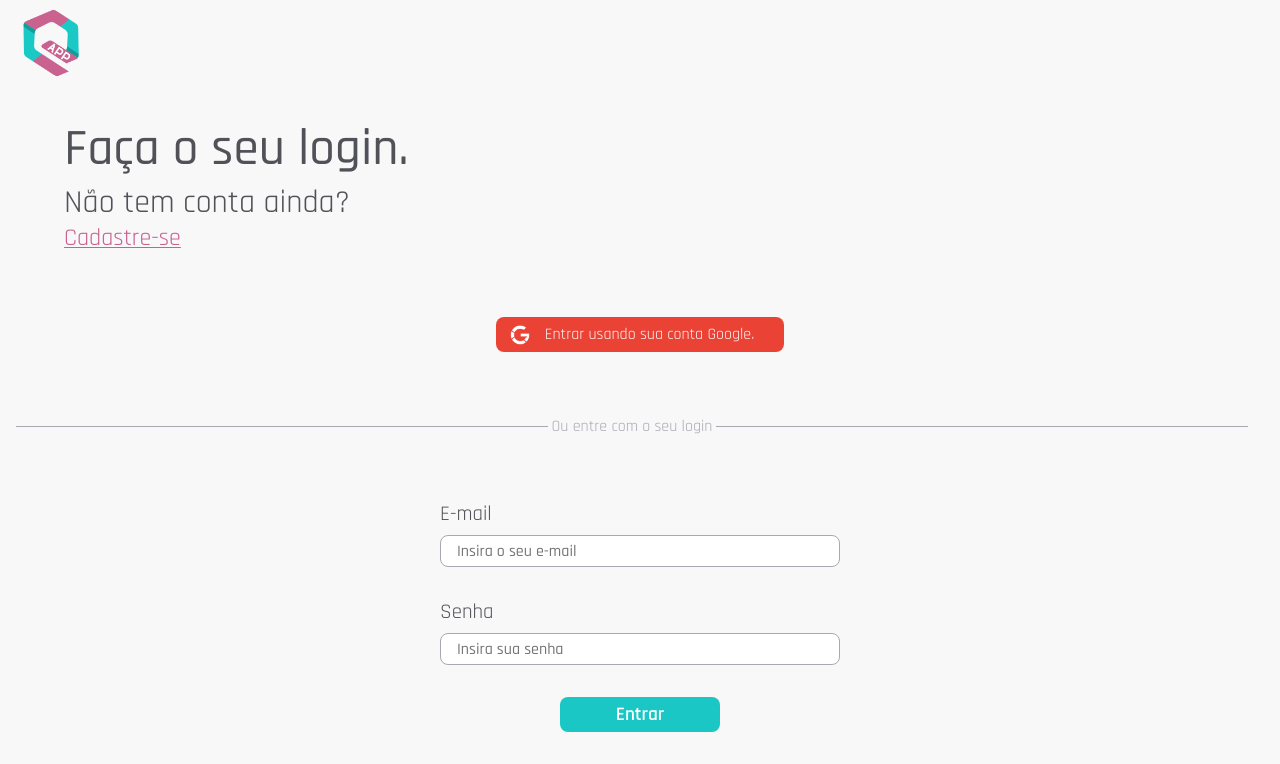
Repository: kika-cavalher/qapp-web
Page: /
The author's editor kept a copy of each file at every save. The page is drawn from the files as they stood at one save, then again after the next save.
The browser window is 1280 px wide. The pictures show the whole page.
The page's requests for data from a server got no answer. The project was rebuilt for these pictures with package versions that can differ from the ones it lists, and the page was loaded fresh each time. No one was signed in, and anything a server would have sent is missing. Also part of the build but not shown: src/pages/Register.tsx.

Above is the page before, as saved 2022-02-28 14:33:35.

### public/index.html
<!DOCTYPE html>
<html lang="pt-br">
  <head>
    <meta charset="utf-8" />
    <meta name="viewport" content="width=device-width, initial-scale=1" />

    <link rel="preconnect" href="https://fonts.googleapis.com">
    <link rel="preconnect" href="https://fonts.gstatic.com" crossorigin>
    <link href="https://fonts.googleapis.com/css2?family=Rajdhani:wght@300;400;500;600;700&display=swap" rel="stylesheet">

    <title>QApp</title>
  </head>
  <body>
    <noscript>You need to enable JavaScript to run this app.</noscript>
    <div id="root"></div>
  </body>
</html>

### src/index.tsx
import React from 'react';
import ReactDOM from 'react-dom';
import App from './App';

import './styles/global/styles.scss';
import './services/firebase'


ReactDOM.render(
  <React.StrictMode>
    <App />
  </React.StrictMode>,
  document.getElementById('root')
);

### src/App.tsx
import { BrowserRouter, Routes, Route } from "react-router-dom";

import { LoginPage } from "./pages/Login";
import { RegisterPage } from "./pages/Register";

function App() {
  return (
    <BrowserRouter>
      <Routes>
        <Route path="/" element={<LoginPage />} />
        <Route path="register" element={<RegisterPage  />} />
      </Routes>
    </BrowserRouter>
  );
}

export default App;

### src/styles/global/styles.scss
@import 'variables.scss';

* {
    box-sizing: border-box;
    margin: 0;
    padding: 0;
  }

  body {
    background: $white-offwhite;
    color: $dark-grey;
  }

  body, input, button, textarea {
    font: 400 16px 'Rajdhani', sans-serif;
  }

### src/services/firebase.ts
import { initializeApp } from "firebase/app";
import { getAuth } from "firebase/auth";
import { getFirestore } from 'firebase/firestore/lite';


const firebaseConfig = {
    apiKey: process.env.REACT_APP_API_KEY,
    authDomain: process.env.REACT_APP_AUTH_DOMAIN,
    databaseURL: process.env.REACT_APP_DATABASE_URL,
    projectId: process.env.REACT_APP_PROJECT_ID,
    storageBucket: process.env.REACT_APP_STORAGE_BUCKET,
    messagingSenderId: process.env.REACT_APP_MESSAGING_SENDER_ID,
    appId: process.env.REACT_APP_APP_ID
  };

const app = initializeApp(firebaseConfig);

export const auth = getAuth();
export const db = getFirestore(app);

### src/pages/Login.tsx
import { Link } from 'react-router-dom'
import { useNavigate } from 'react-router-dom';

import imgLogin from '../assets/images/imgLogin.jpg';
import logoQapp from '../assets/images/logoQapp.png';
import googleIconImg from '../assets/icon/googleIconImg.png';

import '../styles/pages/login.scss'

import { Button } from '../components/Button';

export function LoginPage() {
    const history = useNavigate();

    function navigateToHome(e: { preventDefault: () => void; }) {
        e.preventDefault();
        history('/');
    }

    return (
        <div id="page-login">
            <main>
                <div className='page-login--main__container'>
                    <div className='page-login--main__logo'>
                        <img onClick={navigateToHome} id="img-logo" src={logoQapp} alt="Logo da empresa QApp" />
                    </div>
                    <div className='page-login--main__title'>
                        <h1>Faça o seu login.</h1>
                        <h2>Não tem conta ainda? </h2>
                        <Link to='/register' className='page-login--main__link-register'>
                        Cadastre-se
                        </Link>
                        {/* <Link to="/">Cadastre-se</Link> */}
                    </div>
                    <div className='page-login--main__google'>
                        <button className='btn__google'>
                            <img id="img-icon__google" src={googleIconImg} alt="Logo da empresa QApp" />
                            <p>Entrar usando sua conta Google.</p>
                        </button>
                    </div>
                    <div className='page-login--main__divider'>
                        <div>Ou entre com o seu login</div>
                    </div>
                    <div className='page-login--main__login-forms'>
                        <form>
                            <div className='page-login--login-forms__name'>
                                <p>E-mail</p>
                                <input type="text" placeholder="Insira o seu e-mail"/>
                            </div>
                            <div className='page-login--login-forms__password'>
                                <p>Senha</p>
                                <input type="text" placeholder="Insira sua senha"/>
                            </div>
                            <div className='btn__send'>
                                <Button type="submit">Entrar</Button>
                            </div>
                        </form>
                    </div>
                </div>

                <div className='page-login--main__img'>
                    <img src={imgLogin} alt="Imagem decorativa na pagina" />
                </div>
            </main>
        </div>
    )
}

### src/styles/global/variables.scss
//colors
$white: #fff;
$white-offwhite: #f8f8f8;
$grey_border: #a8a8b3;
$dark-grey: #515158;

$turquoise: #1ac7c5;
$dark-greenish: #119d9c;
$dark-pink: #c86291;
$light-pink: #ddbcc3;

$red_google: #ea4335;

// media queries
$monitor-width: 1300px;
$monitor-height: 900px;
@mixin monitor {
    @media (min-width: #{$monitor-width}) and (min-height: #{$monitor-height}) {
        @content;
    }
}

$notebook-width: 1300px;
$notebook-height: 900px;
@mixin notebook {
    @media (max-width: #{$notebook-width}) and (max-height: #{$notebook-height}) {
        @content;
    }
}

$tablet-width: 800px;
$tablet-height: 500px;
@mixin tablet {
    @media (min-width: #{$tablet-width}) and (min-height: #{$tablet-height}) {
        @content;
    }
}

$phone-width: 750px;
$phone-height: 500px;
@mixin phone {
    @media (min-width: #{$phone-width}) and (min-height: #{$phone-height}) {
        @content;
    }
}

### src/styles/pages/login.scss
@import '../global/variables.scss';


#page-login {
    background: $white-offwhite;
    display: flex;
    height: 100vh;

}

main{
    display: flex;
    flex-direction: row;
}

.page-login--main__container {
    display: flex;
    flex-direction: column;
    padding: 0 1rem;

    @include monitor {
        width: 40vw;
    }

    @include notebook {
        width: 50vw;
    }

    @include tablet {
        width: 100vw;
    }
}

.page-login--main__logo {

    #img-logo {
        cursor: pointer;
        margin-top: 0.5rem;

        @include monitor {
            width: 100px;
        }

        @include tablet {
            width: 70px;
        }

        @include phone {
        }
    }
}

.page-login--main__title {
    display: flex;
    flex-direction: column;
    margin: 2rem 3rem;

    h1 {
        font-size: 3.2rem;
        font-weight: 500;

        @include monitor {
        }

        @include notebook {
        }

        @include tablet {
        }

        @include phone {
        }
    }

    h2 {
        font-size: 2rem;
        font-weight: 400;
    }

    .page-login--main__link-register {
        color: $dark-pink;
        cursor: pointer;
        font-size: 1.5rem;
        font-weight: 400;
        text-decoration: underline 1px;
        text-underline-position: from-font;
            &:hover {
                font-weight: 600;
            }
        }
}

.page-login--main__google {
    align-self: center;
    display: flex;
    margin: 2rem 0;
    width: 18rem;
}

.page-login--main__divider {
    color: $grey_border;
    font-size: 1rem;

    align-items: center;
    display: flex;
    margin: 2rem 1rem 2rem 0;

    &::before {
        background: $grey_border;
        content: '';
        flex: 1;
        margin-right: 0.2rem;
        height: 1px;
    }

    &::after {
        background: $grey_border;
        content: '';
        flex: 1;
        margin-left: 0.2rem;
        height: 1px;
    }
}

.page-login--main__login-forms {
    display: flex;
    justify-content: center;
    width: 100%;

    form {
        align-items: center;
        display: flex;
        flex-direction: column;
        margin: 2rem 0;
        max-width: 25rem;
        width: 75%;

        p {
            font-size: 1.3rem
        }

        input {
            background: $white;
            border: 1px solid $grey_border;
            border-radius: 8px;
            color: $dark-grey;
            font-weight: 500;
            height: 2rem;
            margin: 0.5rem 0;
            outline: none;
            padding: 0 16px;
            width: 100%;

            &:hover {
                border: 2px solid $dark-greenish;
            }

            &:focus-visible {
                border: 2px solid $dark-greenish;
            }
        }
    }
}

.page-login--login-forms__name{
    width: 100%;
}

.page-login--login-forms__password{
    margin: 1.5rem 0;
    width: 100%;
}

.page-login--main__img {

    img {
        box-shadow: -8px 0px 20px rgba(0, 0, 0, 0.1);
        height: 100vh;
    }

    @include monitor {
        display: block;
        width: 60vw;
    }

    @include notebook {
        width: 50vw;
    }

    @include tablet {
        display: none;
    }
}

### src/components/Button.tsx
import {ButtonHTMLAttributes} from 'react'

import '../styles/global/button.scss'

type ButtonProps = ButtonHTMLAttributes<HTMLButtonElement>

export function Button (props:ButtonProps) {
    return (
        <button className="button" {...props} />
    )
}


/* import { useNavigate } from 'react-router-dom'; */


/*     const history = useNavigate();

    function navigateToRegisterPage(e: { preventDefault: () => void; }) {
        e.preventDefault();
        history('/register');
    } */

### src/styles/global/button.scss
@import '../global/variables.scss';

.btn__send {

    button {
        align-items: center;
        background: $turquoise;
        border: 0;
        border-radius: 8px;
        color: $white;
        cursor: pointer;
        display: flex;
        flex-direction: row;
        font-size: 1.2rem;
        font-weight: 600;
        height: 35px;
        justify-content: center;
        width: 10rem;
    }
}

.btn__google {
    align-items: center;
    background: $red_google;
    border: 0;
    border-radius: 8px;
    color: $white-offwhite;
    cursor: pointer;
    display: flex;
    flex-direction: row;
    height: 35px;
    transition: filter 0.2s;
    width: 100%;

    #img-icon__google {
        margin: 0 5%;
        width: 20px;
    }
}

After the next save:
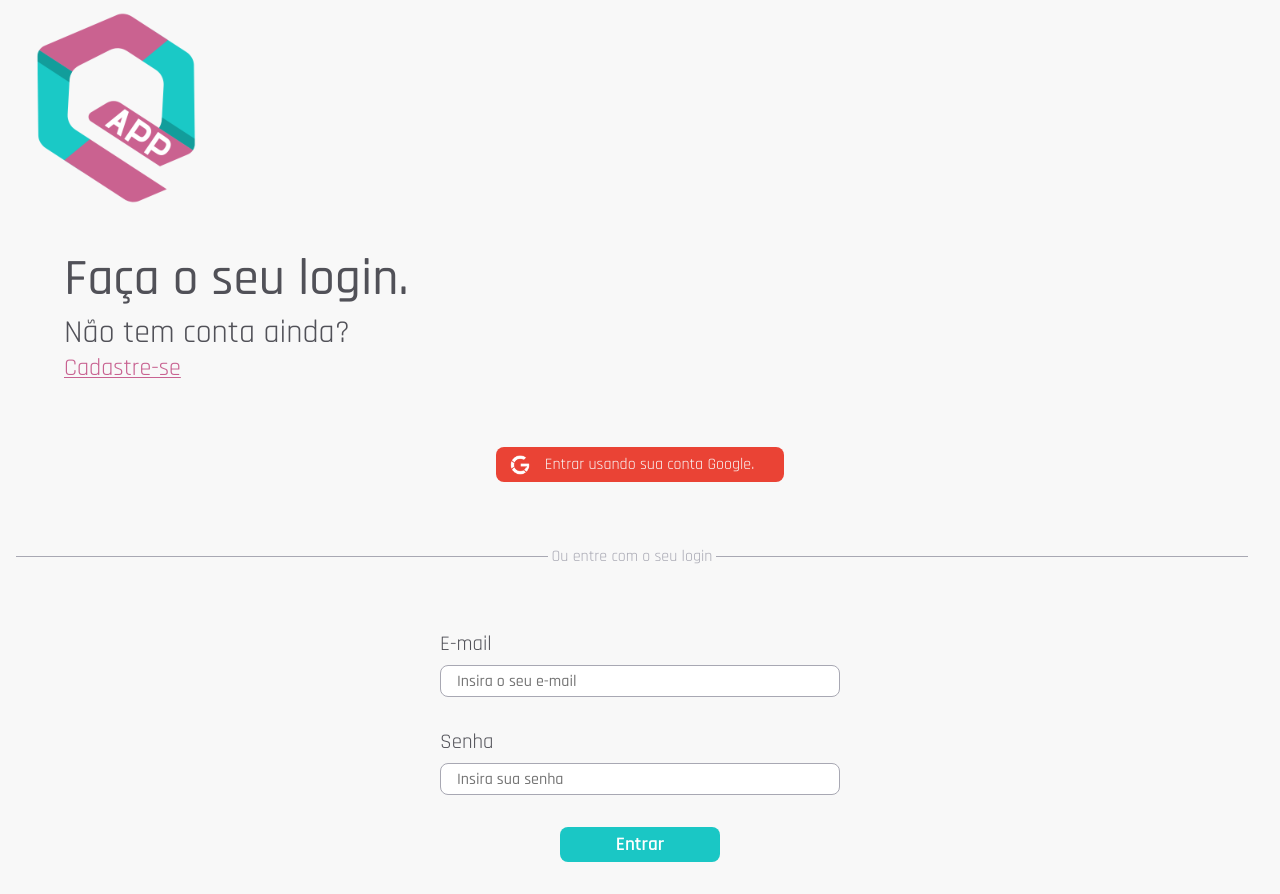
Saved 21 s later.
--- a/src/styles/pages/login.scss
+++ b/src/styles/pages/login.scss
@@ -42,7 +42,7 @@ main{
         }
 
         @include tablet {
-            width: 70px;
+            width: 200px;
         }
 
         @include phone {
